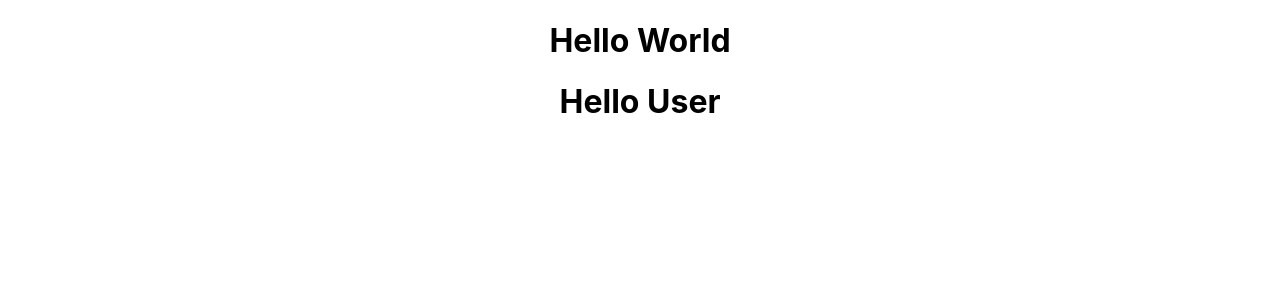
Repository: DeepikaSuretek/React
Page: / (app in practice-app/)
An editor plug-in stored every save of this project. The page is shown before and after the next save, followed by the edit.
The browser window is 1280 px wide. The pictures show the whole page.
The project was rebuilt for these pictures with package versions that can differ from the ones it lists, and the page was loaded fresh each time.

Above is the page before, as saved 2024-07-08 16:23:15.

### practice-app/src/App.js
import './App.css';
import User from './class-component/class';

function App() {
  return (
    <div className="App">
     <h1>Hello World</h1>
     <User />
    </div>
  );
}

export default App;

### practice-app/src/class-component/class.js
import { Component } from "react"

class User extends Component{
    render(){
        return(
            <h1>Hello User</h1>
        )
    }
}

export default User;

Loaded but not shown: practice-app/public/index.html (common file); practice-app/src/index.js (common file); practice-app/src/index.css (common file); practice-app/src/reportWebVitals.js (common file); practice-app/src/App.css (common file)

After the next save:
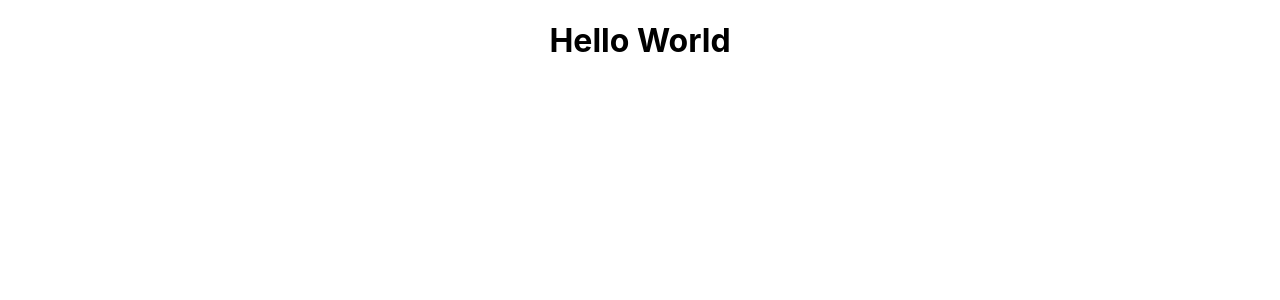
Saved 32 min 19 s later.
--- a/practice-app/src/class-component/class.js
+++ b/practice-app/src/class-component/class.js
@@ -2,9 +2,9 @@ import { Component } from "react"
 
 class User extends Component{
     render(){
-        return(
+        return
             <h1>Hello User</h1>
-        )
+
     }
 }
 
